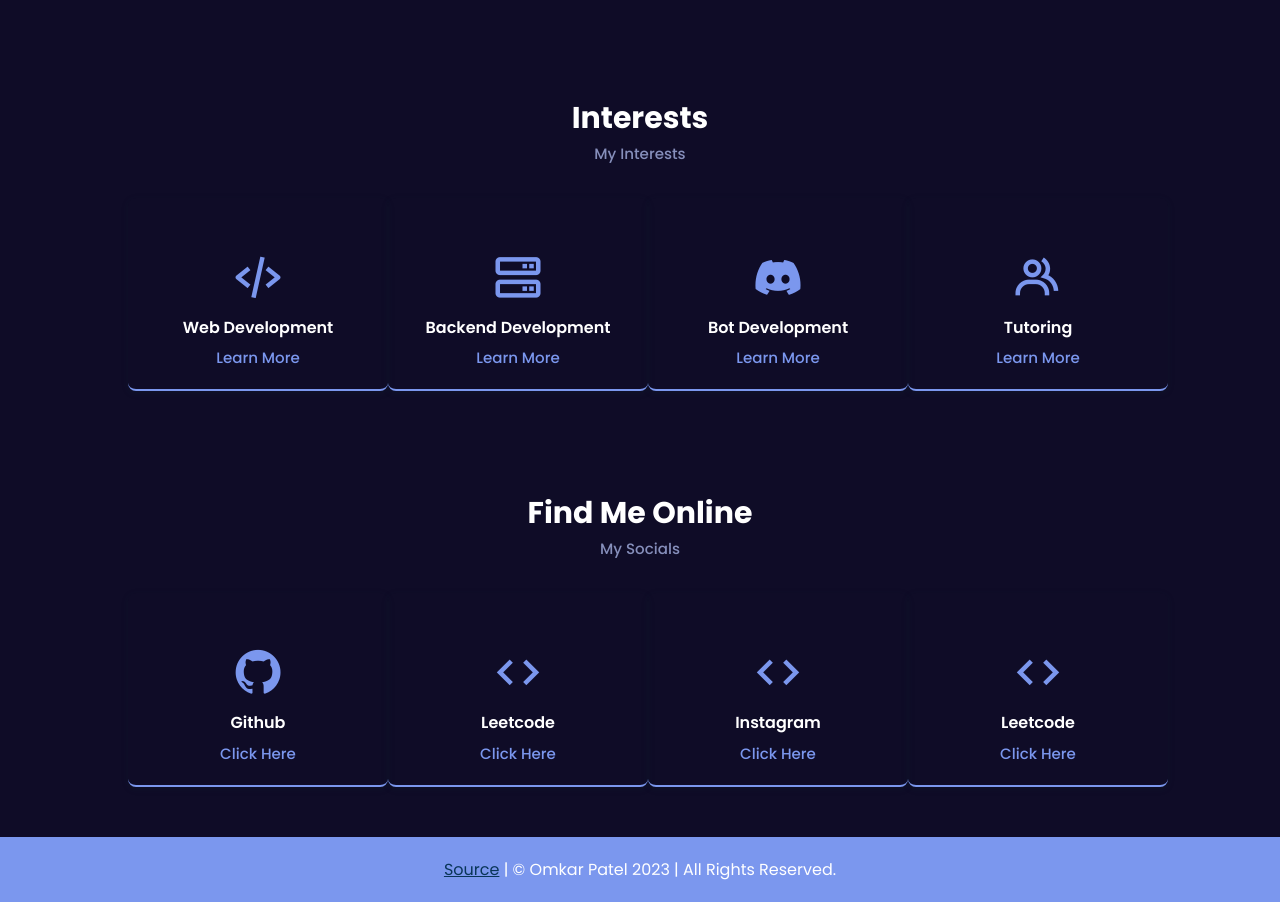
Repository: omkarxpatel/Omkar-Portfolio
Page: src/index.html
An editor plug-in stored every save of this project. The page is shown before and after the next save, followed by the edit.
The browser window is 1280 px wide. The pictures show the part of the page from y = 1975 to 2927 px (the page is 2877 px tall before and 2927 px after).
A picture or video elsewhere on the page could not be fetched, so the positions and the page height are approximate.

Above is the page before, as saved 2023-03-25 18:10:38.

After the next save:
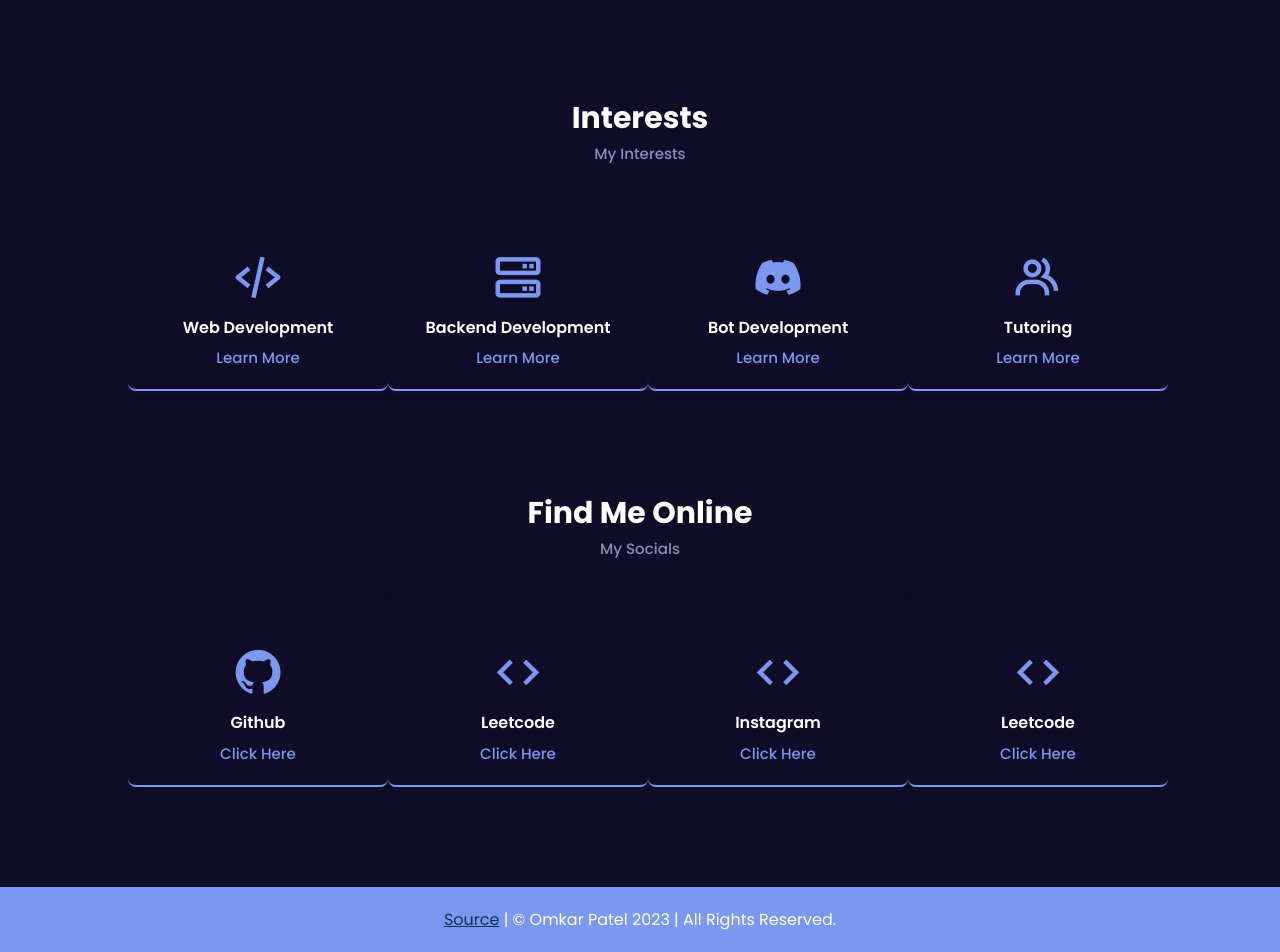
Saved 5 s later.
--- a/src/index.html
+++ b/src/index.html
@@ -275,7 +275,7 @@
 
     </div>
 </section>
-<br</ve>
+<br><br>
 <!-- <div class="footer">
     <h2>Contact Me</h2>
     <div class="footer-social">
